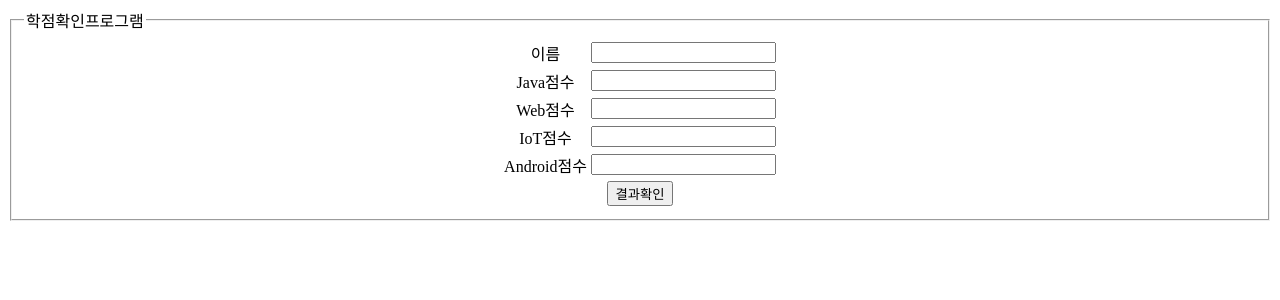
Repository: leejonggwon/Amora-Project
Page: http://localhost/JSP/ex09score.jsp
These files come from the project's save history. The page is drawn as it stood at one moment and after the next save; the edit follows.
The browser window is 1280 px wide. The pictures show the whole page.
The page is served by Tomcat 9.

Above is the page before, as saved 2023-07-23 12:15:11.

After the next save:
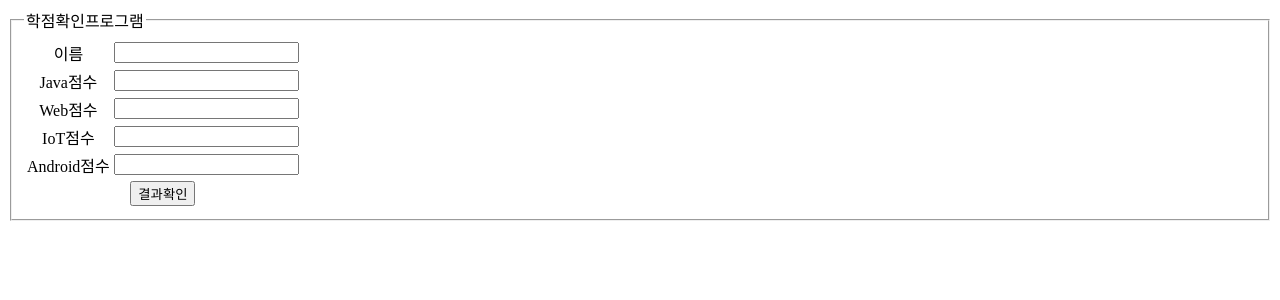
Saved 85 s later.
--- a/04.Server/JSP/src/main/webapp/ex09score.jsp
+++ b/04.Server/JSP/src/main/webapp/ex09score.jsp
@@ -10,7 +10,7 @@
    <form action="ex09scoreResult.jsp" method="post">
       <fieldset>   <!-- 태두리를 지어주는 태그 -->
          <legend>학점확인프로그램</legend>   <!-- 제목을 지어주는 태그 -->
-         <table style = "margin: auto; text-align: center;">
+         <table style = "margin: left; text-align: center;">
             <tr>
                <td>이름</td>
                <td><input type="text" name="name"></td>   <!-- type="text" 속성은 텍스트를 입력받을 수 있는 입력란을 만든다는 의미 -->

After the 3 saves that followed:
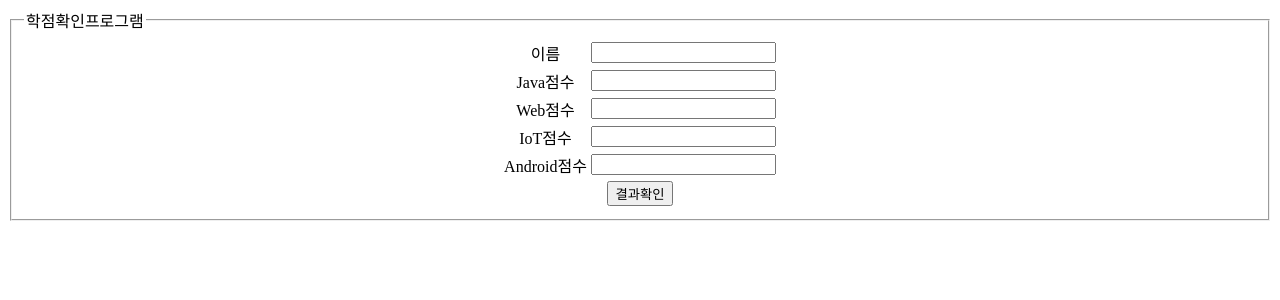
The 3 saves are shown as one change because 2 left the picture as it was.
The last was saved 51 s later.
--- a/04.Server/JSP/src/main/webapp/ex09score.jsp
+++ b/04.Server/JSP/src/main/webapp/ex09score.jsp
@@ -10,7 +10,7 @@
    <form action="ex09scoreResult.jsp" method="post">
       <fieldset>   <!-- 태두리를 지어주는 태그 -->
          <legend>학점확인프로그램</legend>   <!-- 제목을 지어주는 태그 -->
-         <table style = "margin: left; text-align: center;">
+         <table style = "margin: auto; text-align: center;">
             <tr>
                <td>이름</td>
                <td><input type="text" name="name"></td>   <!-- type="text" 속성은 텍스트를 입력받을 수 있는 입력란을 만든다는 의미 -->
